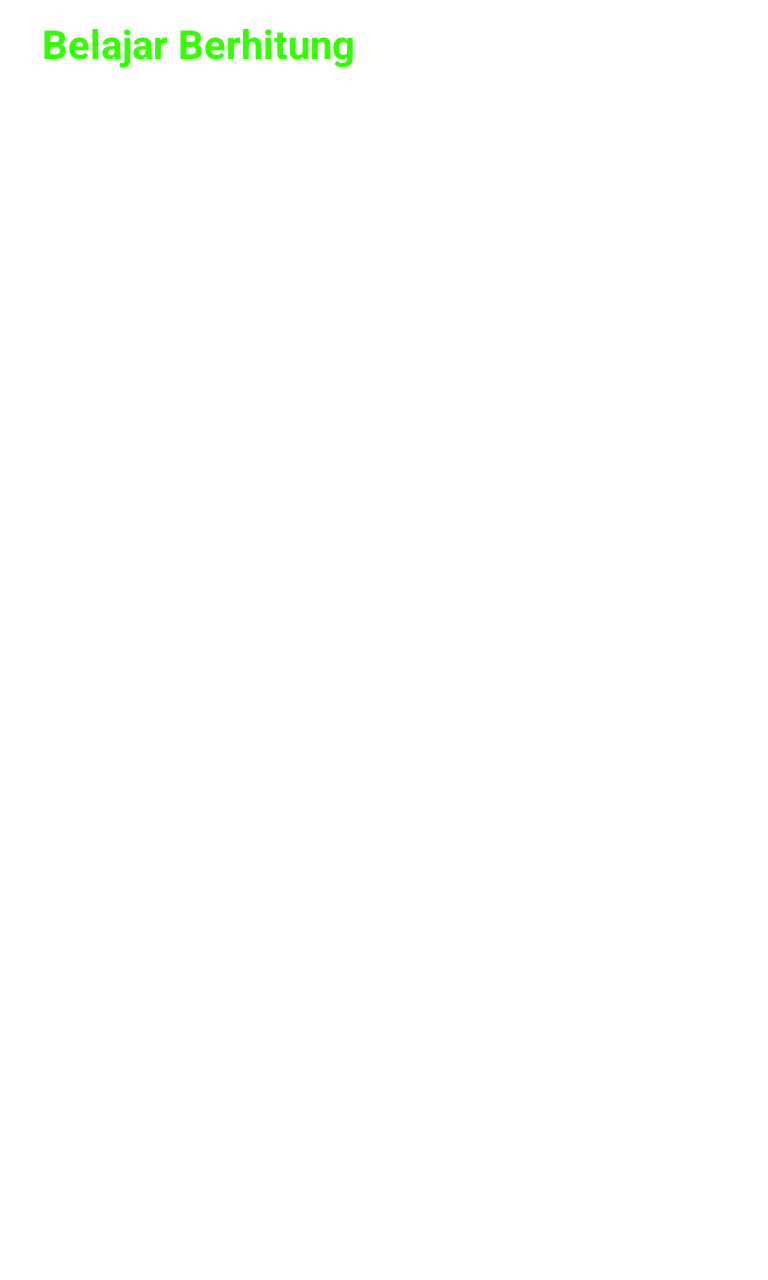
Repository: grafichaak/Mobile
Layout: mobi/hitungapp/res/layout/activity_main.xml
An editor plug-in stored every save of this project. The layout is shown before and after the next save, followed by the edit.
It is drawn on a 768 x 1280 px phone screen (xhdpi) without system bars, with theme AppTheme; the app's code is not run.

Above is the layout before, as saved 2015-07-09 05:17:00.

After the next save:
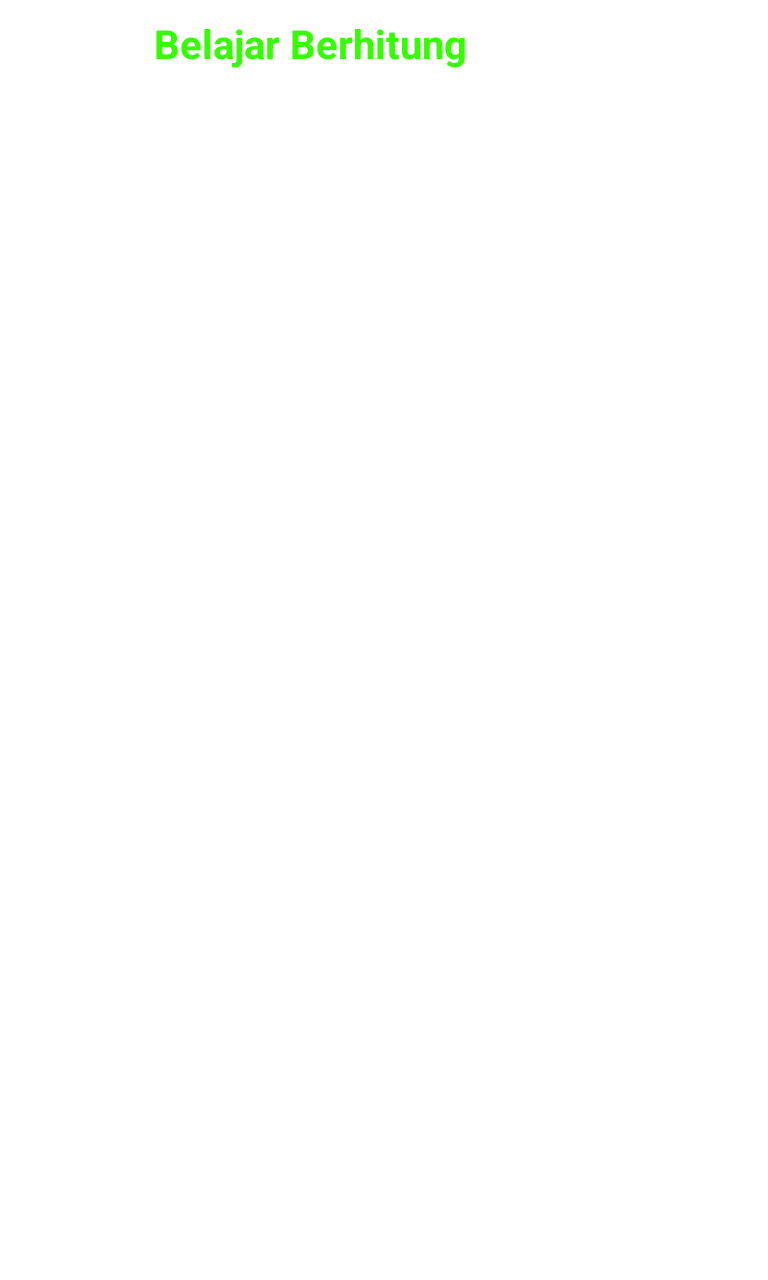
Saved 10 s later.
--- a/mobi/hitungapp/res/layout/activity_main.xml
+++ b/mobi/hitungapp/res/layout/activity_main.xml
@@ -10,7 +10,7 @@
     android:text="Belajar Berhitung"
     android:layout_x="21dp"
     android:layout_y="8dp"
-    android:gravit="center"
+    android:gravity="center"
     android:textColor="#ff33ff00"
     android:textSize="20sp"
     android:textStyle="bold" />
